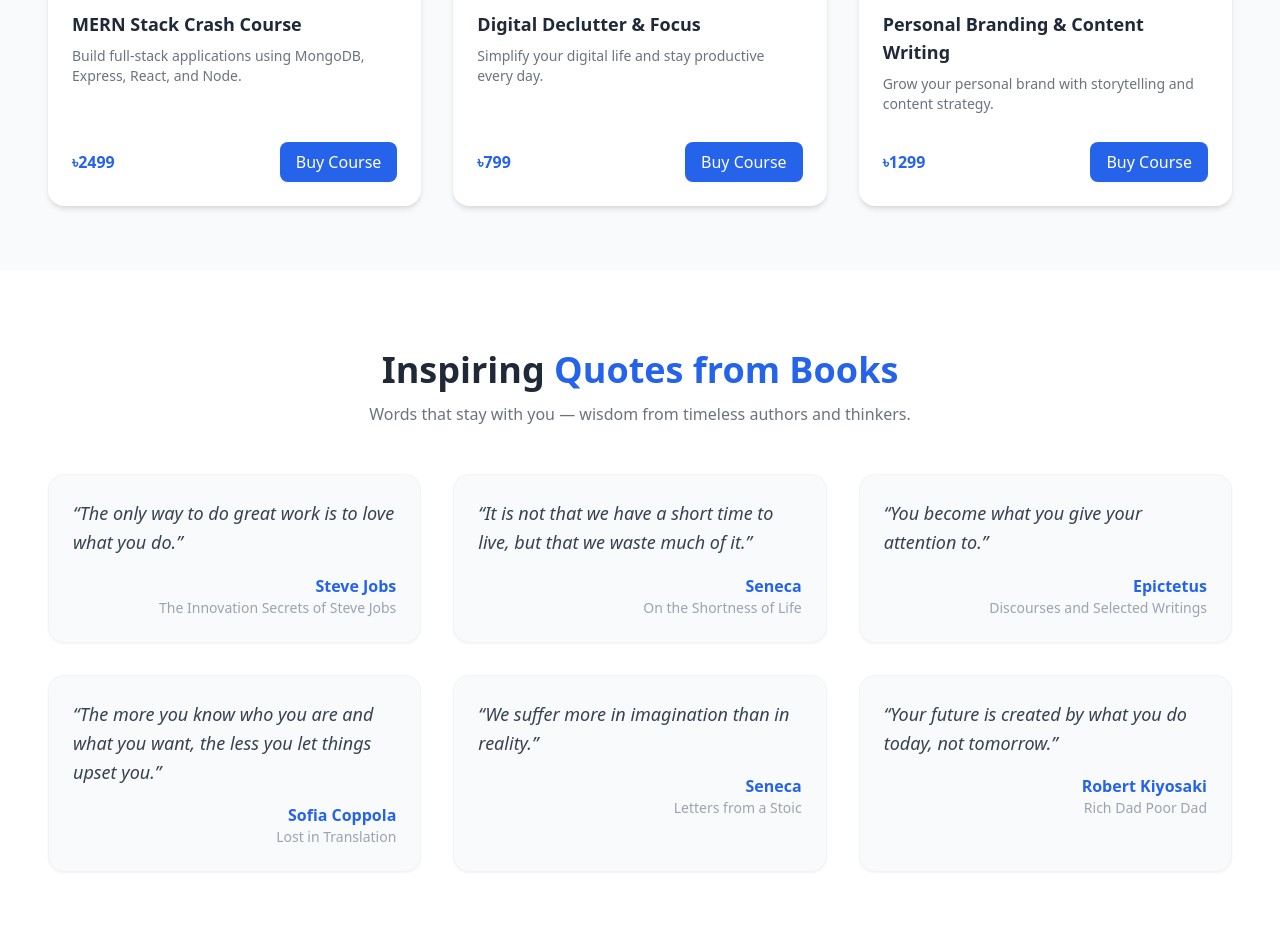
Repository: nazifat/portevalobashi
Page: /
The author's editor kept a copy of each file at every save. The page is drawn from the files as they stood at one save, then again after the next save.
The browser window is 1280 px wide. The pictures show the part of the page from y = 2890 to 3842 px (the page is 3842 px tall before and 3649 px after).
The project was rebuilt for these pictures with package versions that can differ from the ones it lists, and the page was loaded fresh each time. Also part of the build but not shown: vite.config.js, src/Pages/ErrorPage/ErrorPage.jsx, src/Pages/Login/Login.jsx, src/Pages/Registration/Registration.jsx, src/Pages/Courses/Courses.jsx.

Above is the page before, as saved 2025-11-08 20:03:43.

### index.html
<!doctype html>
<html lang="en">
  <head>
    <meta charset="UTF-8" />
    <link rel="icon" type="image/svg+xml" href="https://i.ibb.co.com/RJhrnPz/learning.png" />
    <meta name="viewport" content="width=device-width, initial-scale=1.0" />
    <title>course-selling-client</title>
  </head>
  <body>
    <div id="root"></div>
    <script type="module" src="/src/main.jsx"></script>
  </body>
</html>

### src/main.jsx
import { StrictMode } from 'react'
import { createRoot } from 'react-dom/client'
import './index.css'
import {
  RouterProvider,
} from "react-router-dom";
import { router } from './Providers/RouterProvider';


createRoot(document.getElementById('root')).render(
  <StrictMode>
    <RouterProvider router={router} />
  </StrictMode>,
)

### src/index.css
@tailwind base;
@tailwind components;
@tailwind utilities;

/* Default bullet color */
.swiper-pagination-bullet {
  border-radius: 4px !important;
  width: 25px !important;
  height: 9px !important;
  background-color: white !important;
}

/* Active bullet color */
.swiper-pagination-bullet-active {
  background-color: palevioletred !important; /* Tailwind 'blue-600' */
  opacity: 1;
}

### src/Providers/RouterProvider.jsx
import {
    createBrowserRouter,
} from "react-router-dom";
import Root from "../Root/Root";
import Home from "../Pages/Home/Home";
import ErrorPage from "../Pages/ErrorPage/ErrorPage";
import Login from "../Pages/Login/Login";
import Registration from "../Pages/Registration/Registration";
import Courses from "../Pages/Courses/Courses";


export const router = createBrowserRouter([
    {
        path: "/",
        element: <Root></Root>,
        errorElement: <ErrorPage></ErrorPage>,
        children: [
            {
                path: "/",
                element: <Home></Home>
            },
            {
                path: "/login",
                element: <Login></Login>

            },
            {
                path: "/registration",
                element: <Registration></Registration>

            },
            {
                path: "/courses",
                element: <Courses></Courses>
            }

        ]
    },
]);

### src/Root/Root.jsx
import React from 'react';
import Navbar from '../Components/Shared/Navbar/Navbar';
import Footer from '../Components/Shared/Footer/Footer';
import { Outlet } from 'react-router-dom';

const Root = () => {
    return (
        <div>
            <Navbar></Navbar>
            <Outlet></Outlet>
            <Footer></Footer>
        </div>
    );
};

export default Root;

### src/Pages/Home/Home.jsx
import React from 'react';
import Banner from './Banner/Banner';
import HomeBlog from './HomeBlog/HomeBlog';
import CourseSection from './CourseSection/CourseSection';
import BookQuotes from './BookQuotes/BookQuotes';

const Home = () => {
    return (
        <div>
            <Banner></Banner>
            <HomeBlog></HomeBlog>
            <CourseSection></CourseSection>
            <BookQuotes></BookQuotes>

        </div>
    );
};

export default Home;

### src/Components/Shared/Navbar/Navbar.jsx
import React from 'react';
import { Link, NavLink } from 'react-router-dom';
import './Navbar.css'

const Navbar = () => {
    const navlinks = <>
        <li>
            <NavLink to="/">Home</NavLink>
        </li>
        <li>
            <NavLink to="/courses">Courses</NavLink>
        </li>
        <li>
            <NavLink to="/login">Login</NavLink>
        </li>
        <li>
            <NavLink to="/registration">Registration</NavLink>
        </li>


    </>
    return (
        <div className="navbar bg-base-100 custom-navbar">
            <div className="navbar-start ">
                <div className="dropdown">
                    <div tabIndex={0} role="button" className="btn btn-ghost lg:hidden">
                        <svg
                            xmlns="http://www.w3.org/2000/svg"
                            className="h-5 w-5"
                            fill="none"
                            viewBox="0 0 24 24"
                            stroke="currentColor">
                            <path
                                strokeLinecap="round"
                                strokeLinejoin="round"
                                strokeWidth="2"
                                d="M4 6h16M4 12h8m-8 6h16" />
                        </svg>
                    </div>
                    <ul
                        tabIndex={0}
                        className="menu menu-sm dropdown-content bg-base-100 rounded-box z-[1] mt-3 w-52 p-2 shadow">
                        {navlinks}
                    </ul>
                </div>
                <a className="btn btn-ghost text-xl">SkillMate</a>
            </div>
            <div className="navbar-center hidden lg:flex">
                <ul className="menu menu-horizontal px-1">
                    {navlinks}
                </ul>
            </div>
            <div className="navbar-end">
                <Link to="/login" className="btn">Login</Link>
            </div>
        </div>
    );
};

export default Navbar;

### src/Pages/Home/Banner/Banner.jsx
import React, { useRef, useState } from 'react';
// Import Swiper React components
import { Swiper, SwiperSlide } from 'swiper/react';

// Import Swiper styles
import 'swiper/css';
import 'swiper/css/pagination';
import slider from '/public/slider.json';

console.log(slider)



// import required modules
import { Pagination, Autoplay, EffectFade } from 'swiper/modules';

const Banner = () => {
    return (
        <div>
            <Swiper
                pagination={{ clickable: true }}
                modules={[Pagination, Autoplay, EffectFade]}
                autoplay={{
                    delay: 2000, // time between slides (in ms)
                    disableOnInteraction: false, // keeps autoplay even after user interaction
                }}
                // effect='fade'

                className="mySwiper">
                {slider.map(slide => (
                    <SwiperSlide key={slide.id}>
                        <div
                            className="hero min-h-[600px]"
                            style={{ backgroundImage: `url(${slide.image})` }}
                        >
                            <div className="hero-overlay bg-opacity-60"></div>
                            <div className="text-center text-neutral-content">
                                <div className="max-w-md">
                                    <h1 className="mb-5 text-5xl font-bold">{slide.heading}</h1>
                                    <p className="mb-5">{slide.subtext}</p>
                                    <button className="btn">Get Started</button>
                                </div>
                            </div>
                        </div>
                    </SwiperSlide>
                ))}
            </Swiper>

        </div>
    );
};

export default Banner;

### src/Pages/Home/HomeBlog/HomeBlog.jsx
import blog from '/public/data.json'
import { motion } from "framer-motion";

const HomeBlog = () => {
    return (
        <div>
            <div className="min-h-screen bg-gray-50 px-4 md:px-12 py-12">
                {/* Hero Section */}
                <div className="text-center mb-16">
                    <h1 className="text-4xl md:text-5xl font-bold text-gray-800 mb-4">
                        Welcome to <span className="text-red-300">Our Latest Posts</span>
                    </h1>
                    <p className="text-gray-500 text-lg max-w-2xl mx-auto">
                        Thoughts, reflections, and lessons on books, focus, and mindful living.
                    </p>
                </div>

                {/* Blog Grid */}
                <div className="grid gap-8 md:grid-cols-2 lg:grid-cols-3">
                    {blog.map((post) => (
                        <motion.div
                            key={post.id}
                            whileHover={{ scale: 1.03 }}
                            transition={{ type: "spring", stiffness: 200 }}
                            className="bg-white rounded-2xl overflow-hidden shadow hover:shadow-lg transition-shadow"
                        >
                            <img
                                src={post.image}
                                alt={post.title}
                                className="w-full h-56 object-cover"
                            />
                            <div className="p-5">
                                <p className="text-sm text-gray-400">{post.date}</p>
                                <h2 className="text-xl font-semibold text-gray-800 mt-2 hover:text-blue-600 cursor-pointer">
                                    {post.title}
                                </h2>
                                <p className="text-gray-500 text-sm mt-2">{post.description}</p>
                                <div className="mt-4 text-sm text-gray-600">
                                    — {post.author}
                                </div>
                            </div>
                        </motion.div>
                    ))}
                </div>
            </div>
        </div>
    );
};

export default HomeBlog;

### src/Pages/Home/CourseSection/CourseSection.jsx
import React from "react";
import { motion } from "framer-motion";

const courses = [
  {
    id: 1,
    title: "Mastering React from Scratch",
    desc: "Learn to build fast, modern web apps using React and Tailwind CSS.",
    image: "https://source.unsplash.com/random/800x600?react",
    price: "৳1999",
  },
  {
    id: 2,
    title: "The Complete JavaScript Course",
    desc: "Deep dive into JS — from basics to advanced topics like async and ES6.",
    image: "https://source.unsplash.com/random/800x600?javascript",
    price: "৳1499",
  },
  {
    id: 3,
    title: "UI/UX Design for Beginners",
    desc: "Learn the art of creating beautiful, user-friendly designs.",
    image: "https://source.unsplash.com/random/800x600?design",
    price: "৳999",
  },
  {
    id: 4,
    title: "MERN Stack Crash Course",
    desc: "Build full-stack applications using MongoDB, Express, React, and Node.",
    image: "https://source.unsplash.com/random/800x600?coding",
    price: "৳2499",
  },
  {
    id: 5,
    title: "Digital Declutter & Focus",
    desc: "Simplify your digital life and stay productive every day.",
    image: "https://source.unsplash.com/random/800x600?focus",
    price: "৳799",
  },
  {
    id: 6,
    title: "Personal Branding & Content Writing",
    desc: "Grow your personal brand with storytelling and content strategy.",
    image: "https://source.unsplash.com/random/800x600?writing",
    price: "৳1299",
  },
];

const CourseSection = () => {
  return (
    <div className="bg-gray-50 py-16 px-6 md:px-12">
      {/* Heading */}
      <div className="text-center mb-12">
        <h2 className="text-4xl font-bold text-gray-800 mb-3">
          Our Popular <span className="text-blue-600">Courses</span>
        </h2>
        <p className="text-gray-500 max-w-2xl mx-auto">
          Learn practical skills and grow your career with our hand-picked online courses.
        </p>
      </div>

      {/* Courses Grid */}
      <div className="grid gap-8 sm:grid-cols-2 lg:grid-cols-3">
        {courses.map((course) => (
          <motion.div
            key={course.id}
            whileHover={{ scale: 1.03 }}
            transition={{ type: "spring", stiffness: 200 }}
            className="bg-white shadow-md rounded-2xl overflow-hidden hover:shadow-xl transition-all"
          >
            <img
              src={course.image}
              alt={course.title}
              className="h-52 w-full object-cover"
            />
            <div className="p-6 flex flex-col justify-between h-[220px]">
              <div>
                <h3 className="text-lg font-semibold text-gray-800 mb-2 hover:text-blue-600 transition-colors">
                  {course.title}
                </h3>
                <p className="text-gray-500 text-sm mb-4">{course.desc}</p>
              </div>
              <div className="flex justify-between items-center">
                <span className="font-semibold text-blue-600">{course.price}</span>
                <button className="px-4 py-2 bg-blue-600 text-white rounded-lg hover:bg-blue-700 transition-all shadow-sm">
                  Buy Course
                </button>
              </div>
            </div>
          </motion.div>
        ))}
      </div>
    </div>
  );
};

export default CourseSection;

### src/Pages/Home/BookQuotes/BookQuotes.jsx
import React from "react";
import { motion } from "framer-motion";

const quotes = [
  {
    id: 1,
    quote: "The only way to do great work is to love what you do.",
    author: "Steve Jobs",
    book: "The Innovation Secrets of Steve Jobs",
  },
  {
    id: 2,
    quote: "It is not that we have a short time to live, but that we waste much of it.",
    author: "Seneca",
    book: "On the Shortness of Life",
  },
  {
    id: 3,
    quote: "You become what you give your attention to.",
    author: "Epictetus",
    book: "Discourses and Selected Writings",
  },
  {
    id: 4,
    quote: "The more you know who you are and what you want, the less you let things upset you.",
    author: "Sofia Coppola",
    book: "Lost in Translation",
  },
  {
    id: 5,
    quote: "We suffer more in imagination than in reality.",
    author: "Seneca",
    book: "Letters from a Stoic",
  },
  {
    id: 6,
    quote: "Your future is created by what you do today, not tomorrow.",
    author: "Robert Kiyosaki",
    book: "Rich Dad Poor Dad",
  },
];

const BookQuotes = () => {
  return (
    <section className="bg-white py-20 px-6 md:px-12">
      {/* Heading */}
      <div className="text-center mb-12">
        <h2 className="text-4xl font-bold text-gray-800 mb-3">
          Inspiring <span className="text-blue-600">Quotes from Books</span>
        </h2>
        <p className="text-gray-500 max-w-2xl mx-auto">
          Words that stay with you — wisdom from timeless authors and thinkers.
        </p>
      </div>

      {/* Quotes Grid */}
      <div className="grid gap-8 sm:grid-cols-2 lg:grid-cols-3">
        {quotes.map((q) => (
          <motion.div
            key={q.id}
            whileHover={{ y: -5, scale: 1.02 }}
            transition={{ type: "spring", stiffness: 200 }}
            className="bg-gray-50 p-6 rounded-2xl shadow-sm hover:shadow-lg border border-gray-100 transition-all"
          >
            <p className="text-lg italic text-gray-700 leading-relaxed mb-4">
              “{q.quote}”
            </p>
            <div className="text-right">
              <p className="font-semibold text-blue-600">{q.author}</p>
              <p className="text-gray-400 text-sm">{q.book}</p>
            </div>
          </motion.div>
        ))}
      </div>
    </section>
  );
};

export default BookQuotes;

### src/Components/Shared/Navbar/Navbar.css
.custom-navbar ul li .active {
  /* text-decoration: underline; */
  color: brown;
  background-color: pink;
}

### public/slider.json
[
  {
    "id": 1,
    "image": "https://images.pexels.com/photos/10986252/pexels-photo-10986252.jpeg",
    "heading": "Master Your Focus",
    "subtext": "Learn science-backed strategies to stay distraction-free and get more done."
  },
  {
    "id": 2,
    "image": "https://png.pngtree.com/thumb_back/fw800/background/20220621/pngtree-on-a-wooden-table-vintage-books-a-cup-of-coffee-preserved-flowers-and-burning-candles-photo-image_47213080.jpg",
    "heading": "Build Strong Habits",
    "subtext": "Turn small daily actions into long-term progress and life transformation."
  },
  {
    "id": 3,
    "image": "https://img.freepik.com/free-photo/flat-lay-bookmark-books-assortment_23-2149894329.jpg?semt=ais_hybrid&w=740&q=80",
    "heading": "Control Your Time",
    "subtext": "Use simple time management frameworks to structure your day with intention."
  },
    {
    "id": 4,
    "image": "https://img.freepik.com/free-photo/high-angle-book-arrangement-wooden-table_23-2148328291.jpg?semt=ais_hybrid&w=740&q=80",
    "heading": "Tools That Enhance Productivity",
    "subtext": "Discover the best apps and systems to streamline your workflow."
  },
  {
    "id": 5,
    "image": "https://media.istockphoto.com/id/859591378/photo/coffee-and-book.jpg?s=612x612&w=0&k=20&c=ovISonm_ZpwA3CgDuty2LGewEDDjcuc8yiFnuRBp8hQ=",
    "heading": "Deep Work Mindset",
    "subtext": "Unlock deep focus and produce high-quality work consistently."
  }
]

### public/data.json
[
  {
    "title": "How to Build a Morning Routine That Actually Sticks",
    "slug": "build-a-morning-routine",
    "tags": ["productivity", "morning routine", "habits"],
    "featured_image": "https://example.com/images/morning-routine.jpg",
    "date": "2025-02-14",
    "author": "Alex Carter",
    "read_time": "6 min",
    "description": "Discover simple methods to design a morning routine that boosts focus, energy, and motivation.",
    "content_outline": [
      "Why a morning routine matters",
      "How to choose meaningful habits",
      "Start small and scale slowly",
      "Track progress without burnout"
    ]
  },
  {
    "title": "Deep Work: The Secret to Unlocking High-Quality Output",
    "slug": "deep-work-focus",
    "tags": ["focus", "mindset", "deep work"],
    "featured_image": "https://example.com/images/deep-work.jpg",
    "date": "2025-02-09",
    "author": "Sophie Lane",
    "read_time": "8 min",
    "description": "Learn how to eliminate distractions and unlock deep focus to improve work quality.",
    "content_outline": [
      "What deep work means",
      "Understanding attention residue",
      "Removing digital distractions",
      "Creating blocks of uninterrupted work"
    ]
  },
  {
    "title": "5 Productivity Tools You Should Start Using Today",
    "slug": "top-productivity-tools",
    "tags": ["productivity tools", "apps", "workflow"],
    "featured_image": "https://example.com/images/tools.jpg",
    "date": "2025-01-29",
    "author": "Nathan Ross",
    "read_time": "5 min",
    "description": "A curated list of powerful tools to manage tasks, track habits, and stay focused.",
    "content_outline": [
      "Task management apps",
      "Time tracking tools",
      "Focus enhancement tools",
      "Automation tools"
    ]
  },
  {
    "title": "The Science of Habit Formation and How to Use It",
    "slug": "science-of-habits",
    "tags": ["habits", "self-improvement", "psychology"],
    "featured_image": "https://example.com/images/habits.jpg",
    "date": "2025-01-15",
    "author": "Emily Green",
    "read_time": "7 min",
    "description": "Understand the cue-action-reward loop and learn how to create positive habits that last.",
    "content_outline": [
      "How habits are formed",
      "Breaking bad habit loops",
      "Stacking new habits",
      "Reward-based reinforcement"
    ]
  },
  {
    "title": "Time Blocking: A Simple Strategy to Stay Organized",
    "slug": "time-blocking-method",
    "tags": ["time management", "organization", "planning"],
    "featured_image": "https://example.com/images/time-blocking.jpg",
    "date": "2024-12-30",
    "author": "Alex Carter",
    "read_time": "6 min",
    "description": "Learn how time-blocking can help you plan your day more intentionally and avoid overwhelm.",
    "content_outline": [
      "What is time-blocking?",
      "How to set up your day",
      "Balancing work and rest",
      "Common mistakes to avoid"
    ]
  }
]

### tailwind.config.js
/** @type {import('tailwindcss').Config} */
export default {
  content: [
    "./index.html",
    "./src/**/*.{js,ts,jsx,tsx}",
  ],


  theme: {
    extend: {},
  },
  plugins: [
    require('daisyui'),

  ],
}

Loaded but not shown: src/Components/Shared/Footer/Footer.jsx (common file)

After the next save:
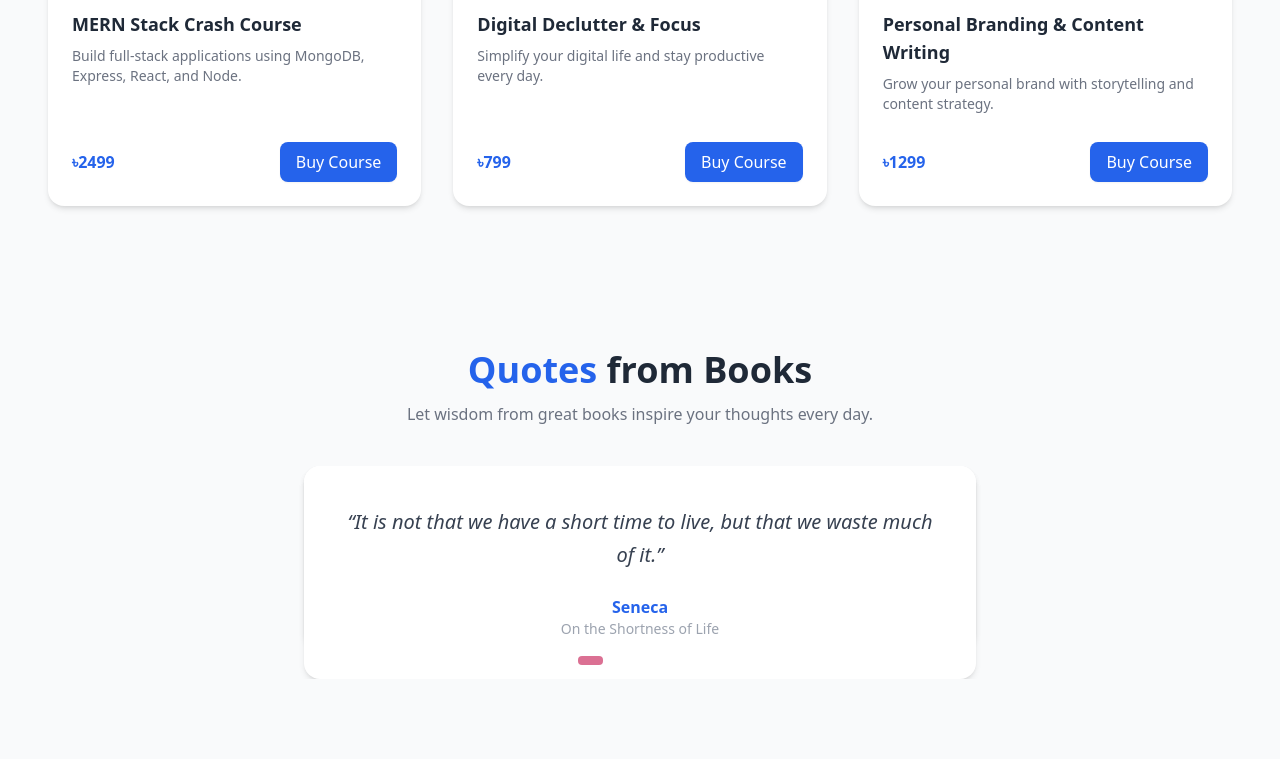
Saved 54 s later.
--- a/src/Pages/Home/BookQuotes/BookQuotes.jsx
+++ b/src/Pages/Home/BookQuotes/BookQuotes.jsx
@@ -1,5 +1,9 @@
 import React from "react";
-import { motion } from "framer-motion";
+import { Swiper, SwiperSlide } from "swiper/react";
+import { Autoplay, Pagination, EffectFade } from "swiper/modules";
+import "swiper/css";
+import "swiper/css/pagination";
+import "swiper/css/effect-fade";
 
 const quotes = [
   {
@@ -40,40 +44,47 @@ const quotes = [
   },
 ];
 
-const BookQuotes = () => {
+const BookQuotesSlider = () => {
   return (
-    <section className="bg-white py-20 px-6 md:px-12">
-      {/* Heading */}
-      <div className="text-center mb-12">
+    <section className="bg-gray-50 py-20 px-6 md:px-12">
+      {/* Section Header */}
+      <div className="text-center mb-10">
         <h2 className="text-4xl font-bold text-gray-800 mb-3">
-          Inspiring <span className="text-blue-600">Quotes from Books</span>
+          <span className="text-blue-600">Quotes</span> from Books
         </h2>
         <p className="text-gray-500 max-w-2xl mx-auto">
-          Words that stay with you — wisdom from timeless authors and thinkers.
+          Let wisdom from great books inspire your thoughts every day.
         </p>
       </div>
 
-      {/* Quotes Grid */}
-      <div className="grid gap-8 sm:grid-cols-2 lg:grid-cols-3">
+      {/* Swiper Slider */}
+      <Swiper
+        modules={[Autoplay, Pagination, EffectFade]}
+        effect="fade"
+        autoplay={{
+          delay: 4000,
+          disableOnInteraction: false,
+        }}
+        pagination={{ clickable: true }}
+        loop={true}
+        className="max-w-3xl mx-auto"
+      >
         {quotes.map((q) => (
-          <motion.div
-            key={q.id}
-            whileHover={{ y: -5, scale: 1.02 }}
-            transition={{ type: "spring", stiffness: 200 }}
-            className="bg-gray-50 p-6 rounded-2xl shadow-sm hover:shadow-lg border border-gray-100 transition-all"
-          >
-            <p className="text-lg italic text-gray-700 leading-relaxed mb-4">
-              “{q.quote}”
-            </p>
-            <div className="text-right">
-              <p className="font-semibold text-blue-600">{q.author}</p>
-              <p className="text-gray-400 text-sm">{q.book}</p>
+          <SwiperSlide key={q.id}>
+            <div className="bg-white rounded-2xl shadow-md p-10 text-center mx-auto max-w-2xl">
+              <p className="text-xl italic text-gray-700 leading-relaxed mb-6">
+                “{q.quote}”
+              </p>
+              <div>
+                <p className="font-semibold text-blue-600">{q.author}</p>
+                <p className="text-gray-400 text-sm">{q.book}</p>
+              </div>
             </div>
-          </motion.div>
+          </SwiperSlide>
         ))}
-      </div>
+      </Swiper>
     </section>
   );
 };
 
-export default BookQuotes;
+export default BookQuotesSlider;
